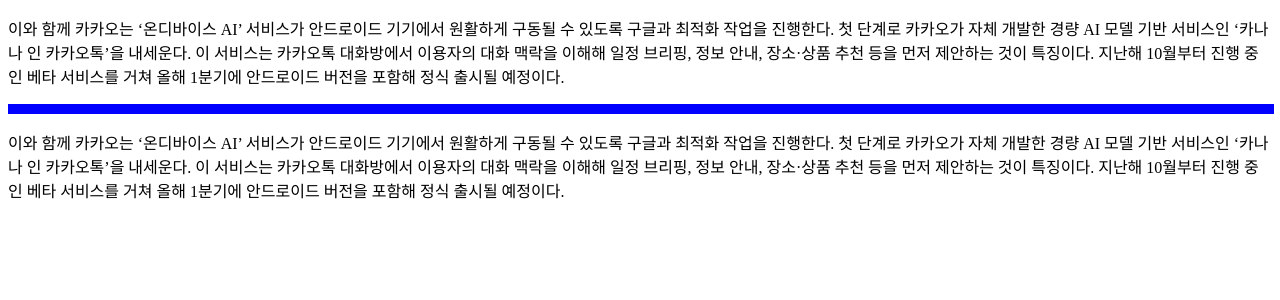
Repository: HongTaeHun337/HTML-CSS-JavaScript-
Page: html/HtmlTest/src/main/webapp/ex08_hr.html
An editor plug-in stored every save of this project. The page is shown before and after the next save, followed by the edit.
The browser window is 1280 px wide. The pictures show the whole page.

Above is the page before, as saved 2026-02-13 01:07:09.

### html/HtmlTest/src/main/webapp/ex08_hr.html
<!DOCTYPE html>
<html>
<head>
<meta charset="UTF-8">
<title>Insert title here</title>
</head>
<body>
	<!-- ex08_hr.html -->
	<!--

		<hr> 태그
		- Horizontal Rule, 수평바
		- 문단과 문단을 구분하는 역할
		- 콘텐츠와 콘텐츠를 구분하는 역할
		- 단독태그

		hr 속성
		1. size: 선의 두께
		2. width: 선의 너비
		3. align: 선의 수평 정렬
		4. color: 선의 색상

		HTML 속성값의 형태(***)
		1. 숫자형
			- 단위 없음: 픽셀(pixel, 화소) > ? > 화상을 구성하는 최소 단위(단일 색상을 가지는 점 1개) > 절대값
			- 단위 없음: 글꼴 크기
			- 단위 없음: 글자 개수
			- 단위 있음: % > 백분율 > 상대값
				- 부모 태그의 영역을 기준으로 한다.(*************)

		2. 열거형
			- 정해진 속성값 중 하나를 선택
		3. 색상
			- 색상명 or RGB

	 -->

	 <p>이와 함께 카카오는 ‘온디바이스 AI’ 서비스가 안드로이드 기기에서 원활하게 구동될 수 있도록 구글과 최적화 작업을 진행한다.
	 첫 단계로 카카오가 자체 개발한 경량 AI 모델 기반 서비스인 ‘카나나 인 카카오톡’을 내세운다. 이 서비스는 카카오톡 대화방에서
	 이용자의 대화 맥락을 이해해 일정 브리핑, 정보 안내, 장소·상품 추천 등을 먼저 제안하는 것이 특징이다.
	 지난해 10월부터 진행 중인 베타 서비스를 거쳐 올해 1분기에 안드로이드 버전을 포함해 정식 출시될 예정이다.</p>

	 <hr size = "10" width = "100%" align = "right" color = "blue">

	 <p>이와 함께 카카오는 ‘온디바이스 AI’ 서비스가 안드로이드 기기에서 원활하게 구동될 수 있도록 구글과 최적화 작업을 진행한다.
	 첫 단계로 카카오가 자체 개발한 경량 AI 모델 기반 서비스인 ‘카나나 인 카카오톡’을 내세운다. 이 서비스는 카카오톡 대화방에서
	 이용자의 대화 맥락을 이해해 일정 브리핑, 정보 안내, 장소·상품 추천 등을 먼저 제안하는 것이 특징이다.
	 지난해 10월부터 진행 중인 베타 서비스를 거쳐 올해 1분기에 안드로이드 버전을 포함해 정식 출시될 예정이다.</p>


</body>
</html>

After the next save:
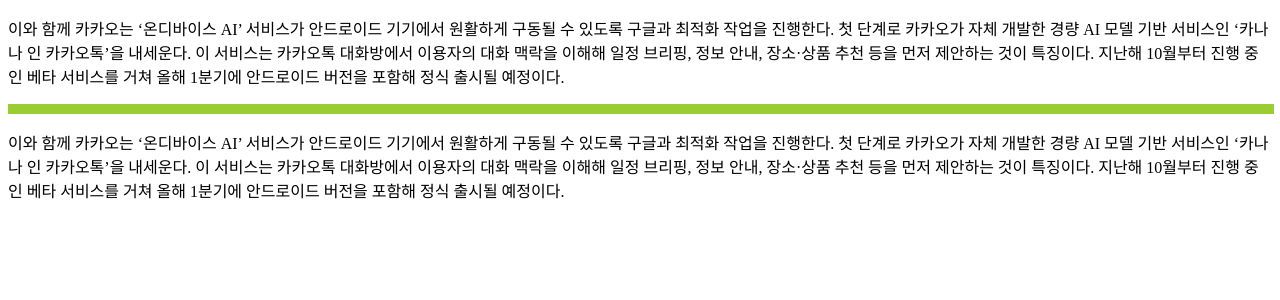
Saved 49 s later.
--- a/html/HtmlTest/src/main/webapp/ex08_hr.html
+++ b/html/HtmlTest/src/main/webapp/ex08_hr.html
@@ -40,7 +40,7 @@
 	 이용자의 대화 맥락을 이해해 일정 브리핑, 정보 안내, 장소·상품 추천 등을 먼저 제안하는 것이 특징이다.
 	 지난해 10월부터 진행 중인 베타 서비스를 거쳐 올해 1분기에 안드로이드 버전을 포함해 정식 출시될 예정이다.</p>
 
-	 <hr size = "10" width = "100%" align = "right" color = "blue">
+	 <hr size = "10" width = "100%" align = "right" color = "yellowgreen">
 
 	 <p>이와 함께 카카오는 ‘온디바이스 AI’ 서비스가 안드로이드 기기에서 원활하게 구동될 수 있도록 구글과 최적화 작업을 진행한다.
 	 첫 단계로 카카오가 자체 개발한 경량 AI 모델 기반 서비스인 ‘카나나 인 카카오톡’을 내세운다. 이 서비스는 카카오톡 대화방에서
